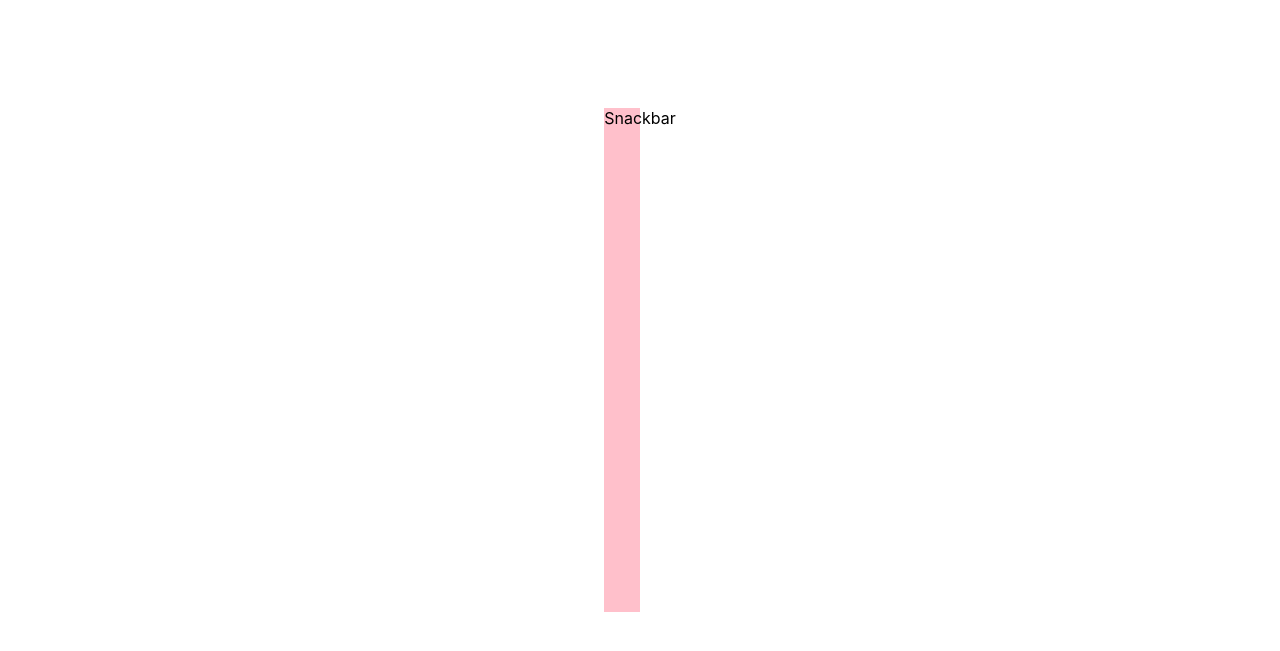
Repository: KrzysKolo/sr_tydzien5_zad2
Page: /
The author's editor kept a copy of each file at every save. The page is drawn from the files as they stood at one save, then again after the next save.
The browser window is 1280 px wide. The pictures show the whole page.
The project was rebuilt for these pictures with package versions that can differ from the ones it lists, and the page was loaded fresh each time.

Above is the page before, as saved 2020-12-21 15:50:08.

### public/index.html
<!DOCTYPE html>
<html lang="en">
  <head>
    <meta charset="utf-8" />
    <link rel="icon" href="%PUBLIC_URL%/favicon.ico" />
    <meta name="viewport" content="width=device-width, initial-scale=1" />
    <meta name="theme-color" content="#000000" />
    <meta
      name="description"
      content="Web site created using create-react-app"
    />
    <link rel="apple-touch-icon" href="%PUBLIC_URL%/logo192.png" />
    <!--
      manifest.json provides metadata used when your web app is installed on a
      user's mobile device or desktop. See https://developers.google.com/web/fundamentals/web-app-manifest/
    -->
    <link rel="manifest" href="%PUBLIC_URL%/manifest.json" />
    <!--
      Notice the use of %PUBLIC_URL% in the tags above.
      It will be replaced with the URL of the `public` folder during the build.
      Only files inside the `public` folder can be referenced from the HTML.

      Unlike "/favicon.ico" or "favicon.ico", "%PUBLIC_URL%/favicon.ico" will
      work correctly both with client-side routing and a non-root public URL.
      Learn how to configure a non-root public URL by running `npm run build`.
    -->
    <title>Zad 2 - snackbar</title>
  </head>
  <body>
    <noscript>You need to enable JavaScript to run this app.</noscript>
    <div id="root"></div>
    <!--
      This HTML file is a template.
      If you open it directly in the browser, you will see an empty page.

      You can add webfonts, meta tags, or analytics to this file.
      The build step will place the bundled scripts into the <body> tag.

      To begin the development, run `npm start` or `yarn start`.
      To create a production bundle, use `npm run build` or `yarn build`.
    -->
  </body>
</html>

### src/App.js
import React from 'react';
import './App.css';
const App = () => {
  return (
    <div className="wrapper--btn">
      Snackbar
    </div>
  )
}

export default App;

### src/App.css
* {
  box-sizing: border-box;
  margin: 0;
  position: relative;
}
body {
  width: 100vw;
  height: 100vh;
  display: flex;
  flex-direction: row;
  justify-content: center;
  align-items: center;
}
.wrapper--btn {
  width: 50%;
  max-width: 900px;
  height: 70vh;
  background: pink;
}

Loaded but not shown: src/index.js (common file); src/index.css (common file)

After the next save:
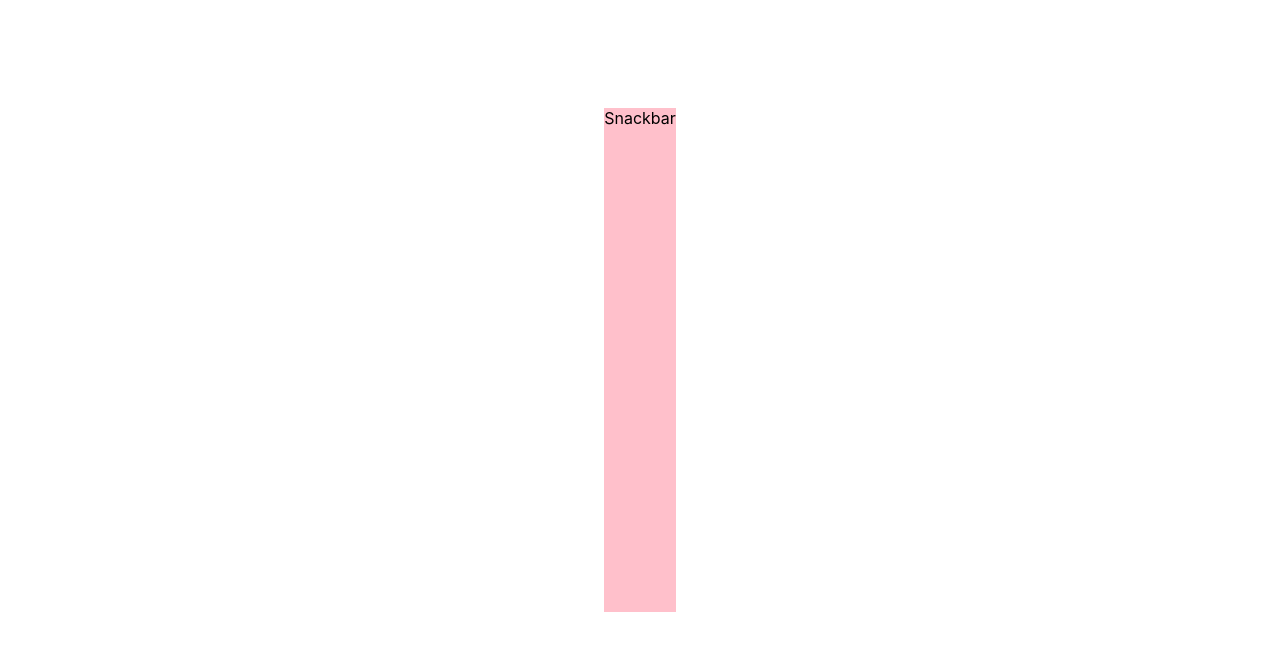
Saved 26 s later.
--- a/src/App.css
+++ b/src/App.css
@@ -12,8 +12,8 @@ body {
   align-items: center;
 }
 .wrapper--btn {
-  width: 50%;
-  max-width: 900px;
+  height: 50%;
+  max-height: 900px;
   height: 70vh;
   background: pink;
 }
